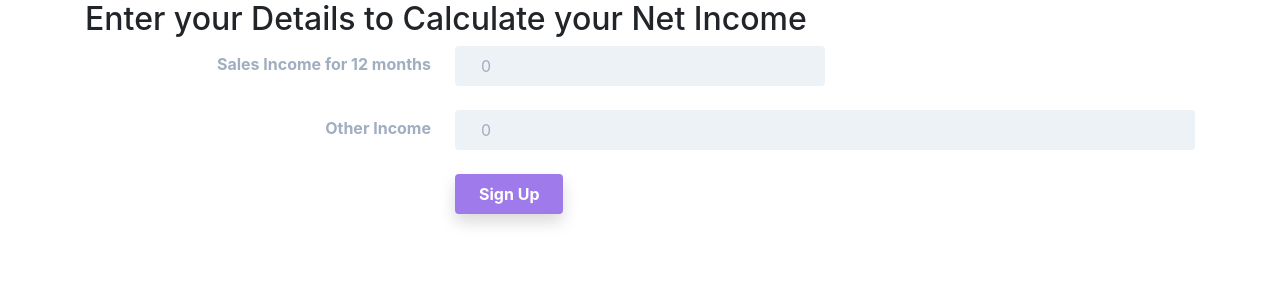
Repository: latenightsnacc/Financial-Forecast
Page: financial-forecast.html
These files come from the project's save history. The page is drawn as it stood at one moment and after the next save; the edit follows.
The browser window is 1280 px wide. The pictures show the whole page.

Above is the page before, as saved 2020-11-15 11:33:34.

### financial-forecast.html
<!DOCTYPE html>
<html lang="en">
<head>
    <meta charset="UTF-8">
    <meta name="viewport" content="width=device-width, initial-scale=1.0">
    <!--Tailwind CDN-->
    <link rel="stylesheet" href="https://cdnjs.cloudflare.com/ajax/libs/tailwindcss/1.9.6/base.min.css" integrity="sha512-hEjkvMSM0ql6VJcNK0gTmjt9ar8F2yHeBUbJKtyvQhkkbGMhiJ4+MaiB8XxsthLAHJx5vy2I9dN0un8HiWG2LA==" crossorigin="anonymous" />
    <link rel="stylesheet" href="https://cdnjs.cloudflare.com/ajax/libs/tailwindcss/1.9.6/components.min.css" integrity="sha512-TizAONqhvXjEfRPhptSUkZNVU497PzAnXNGNUoeOjeni4dHpJ+ak+ZsyoGna20LH/yg1PvdufN1VbnVQeVDftg==" crossorigin="anonymous" />
    <link rel="stylesheet" href="https://cdnjs.cloudflare.com/ajax/libs/tailwindcss/1.9.6/tailwind.css" integrity="sha512-HY1FOTeAX9idUBWDhVDrBg8QUHBisKVQ4BCVj1jFo5z76mk87w4Rr5YGP8nBkcGmoMzqYvdeXHMOg/olF45z3g==" crossorigin="anonymous" />
    <link rel="stylesheet" href="https://cdnjs.cloudflare.com/ajax/libs/tailwindcss/1.9.6/utilities.min.css" integrity="sha512-0QJfuLKyYJWGB5hKArJW67xqMLDlR8YaLM/ZuW2mRn4NRwHNsGm7UuREc5Fu7jONHyewPKnGODY0N8G+FQbfxg==" crossorigin="anonymous" />
    <!--Bootstrap CDN-->
    <link rel="stylesheet" href="https://cdn.jsdelivr.net/npm/bootstrap@4.5.3/dist/css/bootstrap.min.css" integrity="sha384-TX8t27EcRE3e/ihU7zmQxVncDAy5uIKz4rEkgIXeMed4M0jlfIDPvg6uqKI2xXr2" crossorigin="anonymous">
    <title>Financial Forecast |Resaads Consults - Think Millenial</title>
</head>
<body>
    <div class="container">
        <!--Navigation-->
    </div>
    <div class="wrapper">
        <div class="container">
            <h2 class="title">Enter your Details to Calculate your Net Income</h2>
        </div>
        <div class="container">
            <form class="w-full max-w-none">
                <!--Sales Income-->
                <div class="md:flex md:items-center mb-6">
                  <div class="md:w-1/3">
                    <label class="block text-gray-500 font-bold md:text-right mb-1 md:mb-0 pr-4" for="inline-full-name" placeholder="0">
                      Sales Income for 12 months
                    </label>
                  </div>
                  <div class="md:w-1/3">
                    <input class="bg-gray-200 appearance-none border-2 border-gray-200 rounded w-full py-2 px-4 text-gray-700 leading-tight focus:outline-none focus:bg-white focus:border-purple-500" id="inline-full-name" type="text" placeholder="0">
                  </div>
                </div>
                <!--Other Income-->
                <div class="md:flex md:items-center mb-6">
                  <div class="md:w-1/3">
                    <label class="block text-gray-500 font-bold md:text-right mb-1 md:mb-0 pr-4" for="inline-password">
                      Other Income
                    </label>
                  </div>
                  <div class="md:w-2/3">
                    <input class="bg-gray-200 appearance-none border-2 border-gray-200 rounded w-full py-2 px-4 text-gray-700 leading-tight focus:outline-none focus:bg-white focus:border-purple-500" id="inline-password" type="text" placeholder="0">
                  </div>
                </div>

                <div class="md:flex md:items-center">
                  <div class="md:w-1/3"></div>
                  <div class="md:w-2/3">
                    <button class="shadow bg-purple-500 hover:bg-purple-400 focus:shadow-outline focus:outline-none text-white font-bold py-2 px-4 rounded" type="button">
                      Sign Up
                    </button>
                  </div>
                </div>
              </form>
        </div>
    </div>
    <!--Bootstrap Scripts-->
    <script src="https://code.jquery.com/jquery-3.5.1.slim.min.js" integrity="sha384-DfXdz2htPH0lsSSs5nCTpuj/zy4C+OGpamoFVy38MVBnE+IbbVYUew+OrCXaRkfj" crossorigin="anonymous"></script>
    <script src="https://cdn.jsdelivr.net/npm/popper.js@1.16.1/dist/umd/popper.min.js" integrity="sha384-9/reFTGAW83EW2RDu2S0VKaIzap3H66lZH81PoYlFhbGU+6BZp6G7niu735Sk7lN" crossorigin="anonymous"></script>
    <script src="https://cdn.jsdelivr.net/npm/bootstrap@4.5.3/dist/js/bootstrap.min.js" integrity="sha384-w1Q4orYjBQndcko6MimVbzY0tgp4pWB4lZ7lr30WKz0vr/aWKhXdBNmNb5D92v7s" crossorigin="anonymous"></script>
</body>
</html>

After the next save:
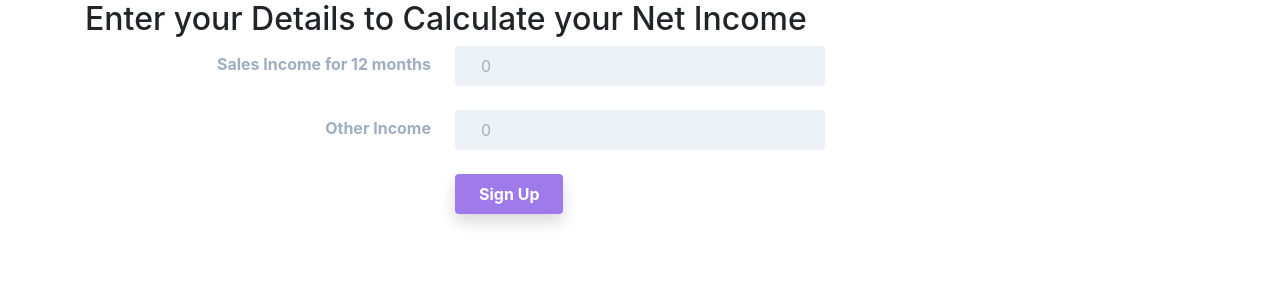
Saved 10 s later.
--- a/financial-forecast.html
+++ b/financial-forecast.html
@@ -40,7 +40,7 @@
                       Other Income
                     </label>
                   </div>
-                  <div class="md:w-2/3">
+                  <div class="md:w-1/3">
                     <input class="bg-gray-200 appearance-none border-2 border-gray-200 rounded w-full py-2 px-4 text-gray-700 leading-tight focus:outline-none focus:bg-white focus:border-purple-500" id="inline-password" type="text" placeholder="0">
                   </div>
                 </div>
